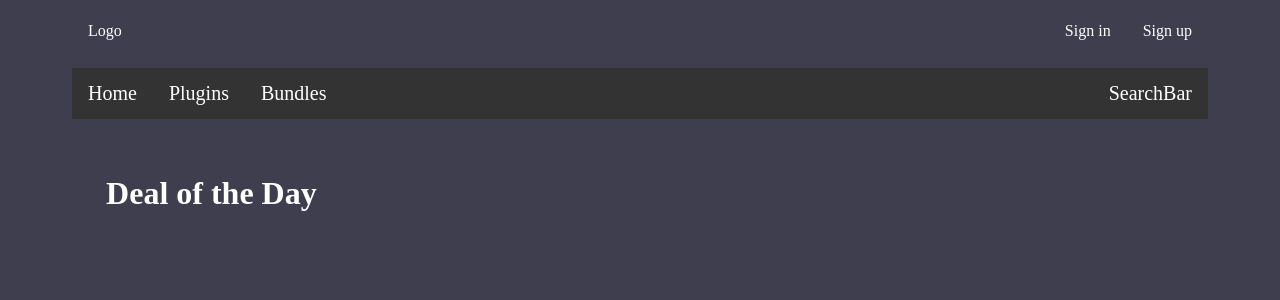
Repository: jigom11791/Wavez
Page: Wavez/Waves-Site/index.html
These files come from the project's save history. The page is drawn as it stood at one moment and after the next save; the edit follows.
The browser window is 1280 px wide. The pictures show the whole page.

Above is the page before, as saved 2020-10-30 18:16:03.

After the next save:
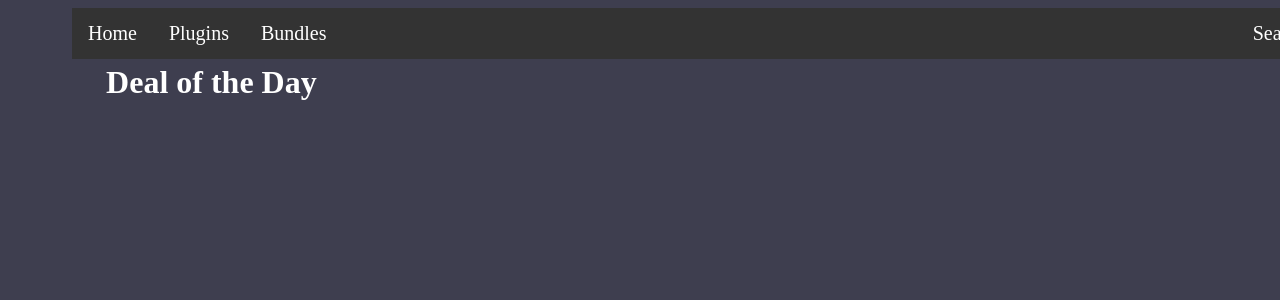
Saved 37 s later.
--- a/Wavez/Waves-Site/style.css
+++ b/Wavez/Waves-Site/style.css
@@ -17,10 +17,12 @@ ul.topnav, ul.header{
 }
 .header {
     height: 60px;
+    position: fixed;
 }
 ul.topnav {
     background-color: #333;
     font-size: 20px;
+    position: fixed;
 }
 ul.topnav li, ul.header li{
     float: left;
